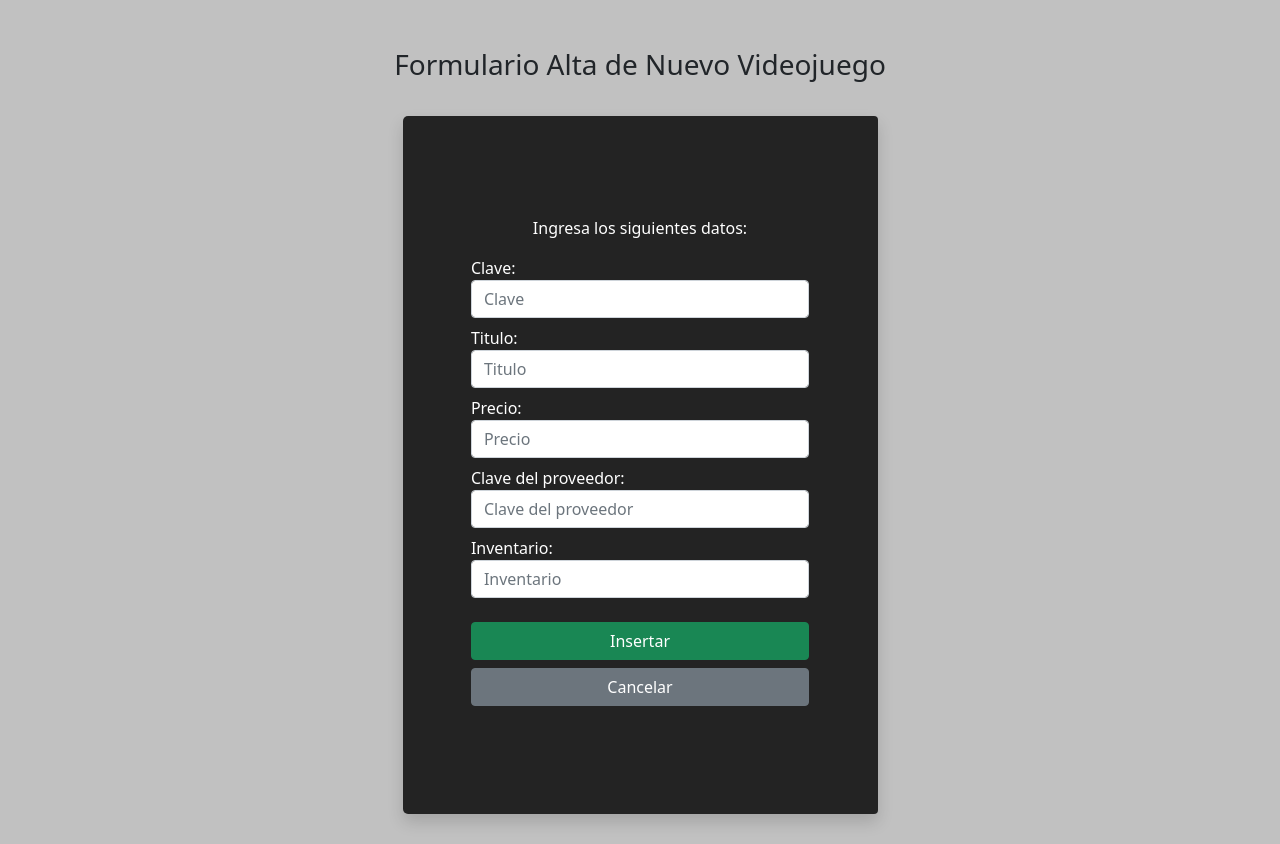
Repository: Jatziri16/JavaEE
Page: http://localhost/TiendaVideojuegos/FormularioInsertarVideojuego.jsp
An editor plug-in stored every save of this project. The page is shown before and after the next save, followed by the edit.
The browser window is 1280 px wide. The pictures show the whole page.
The page is served by Tomcat 9.

Above is the page before, as saved 2023-12-06 22:38:53.

After the next save:
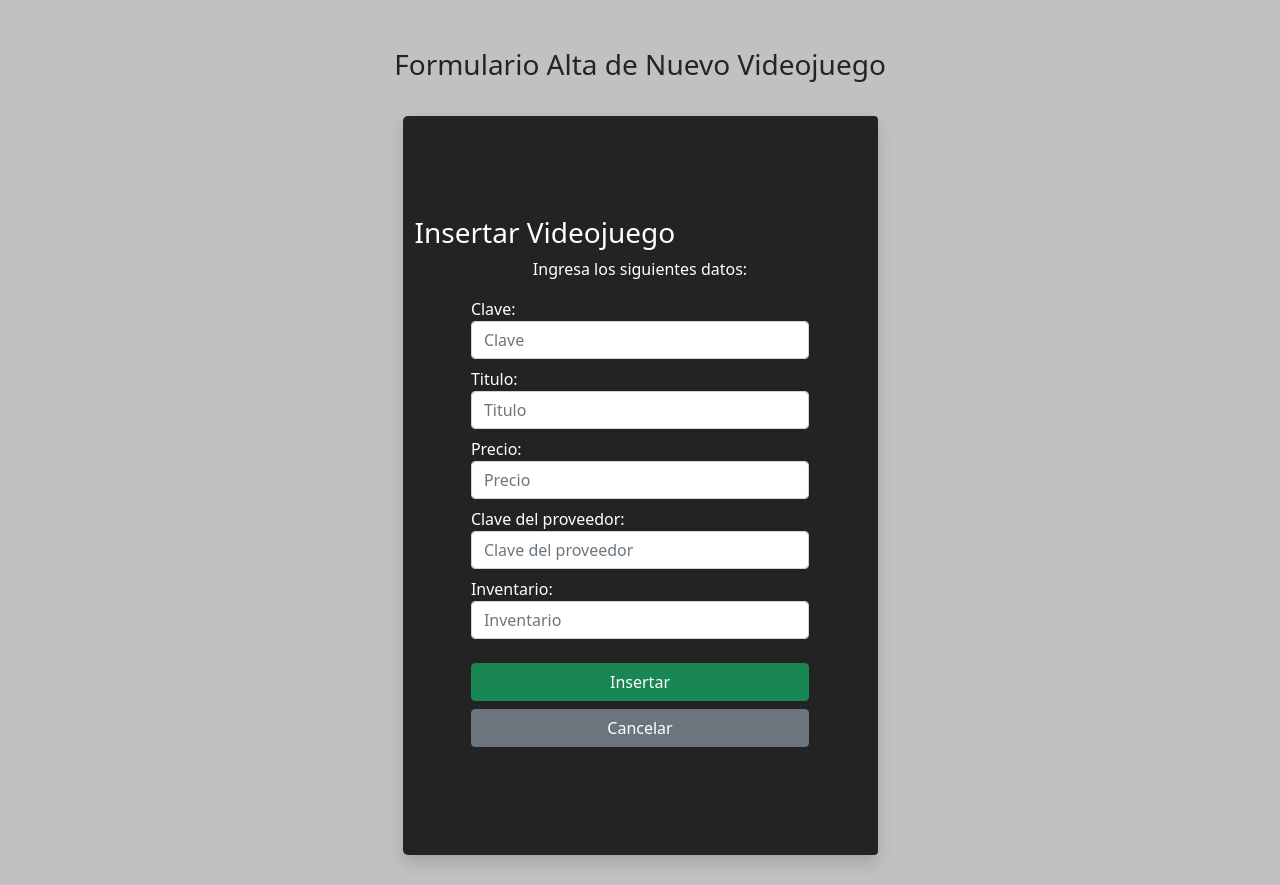
Saved 32 s later.
--- a/TiendaVideojuegos/src/main/webapp/FormularioInsertarVideojuego.jsp
+++ b/TiendaVideojuegos/src/main/webapp/FormularioInsertarVideojuego.jsp
@@ -15,6 +15,7 @@
 			<div class="container rounded-3 contenedor">
 				<div class="row align-items-stretch justify-content-center">
 					<div class="login-container col-7 col-sm-6 col-md-5 col-xl-5 rounded-end shadow">
+						<H3>Insertar Videojuego</H3>
 						<p class="text-center">Ingresa los siguientes datos:</p>
 						<div class="centrar">
 							<!-- FORM -->
